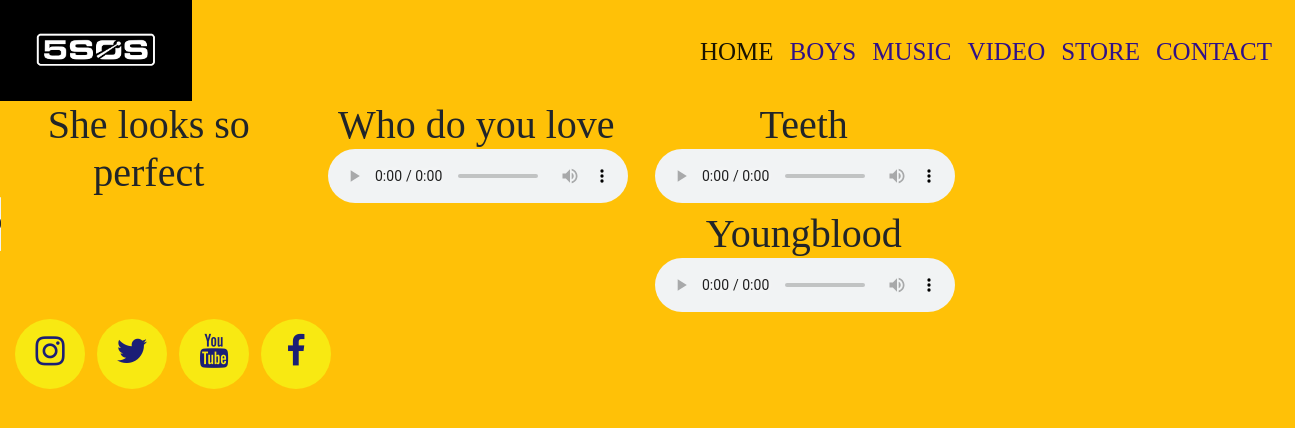
Repository: sun5lower/5SOS
Page: music.html
The author's editor kept a record of every edit. The page is drawn from the files as they stood at one moment, then again after the next edit.
The browser window is 1280 px wide. The page is 1295 px wide, so the pictures cover 1295 px, including what lies to the right of the window. The pictures show the whole page.

Above is the page before.

### music.html
<!DOCTYPE html>
<html lang="en">

<head>
    <meta charset="UTF-8">
    <meta name="viewport" content="width=device-width, initial-scale=1.0">
    <meta http-equiv="X-UA-Compatible" content="ie=edge">
    <link rel="stylesheet" href="https://stackpath.bootstrapcdn.com/bootstrap/4.3.1/css/bootstrap.min.css" type="text/css" />
    <link rel="stylesheet" href="https://stackpath.bootstrapcdn.com/font-awesome/4.7.0/css/font-awesome.min.css" type="text/css" />
    <link rel="stylesheet" href="https://cdnjs.cloudflare.com/ajax/libs/hover.css/2.3.1/css/hover-min.css" type="text/css" />
    <link rel="stylesheet" href="assets/css/style.css" type="text/css" />
    <script src="https://ajax.googleapis.com/ajax/libs/jquery/3.4.1/jquery.min.js"></script>
    <script src="https://maxcdn.bootstrapcdn.com/bootstrap/3.4.0/js/bootstrap.min.js"></script>
    <title>5sos</title>

</head>

<body>

    <!--Navigation-->

    <header class="container-fluid">
        <div class="row no-gutters">
            <div class="col-6 col-md-6">
                <a href=index.html><img src="assets/images/brand5.png" class="navbar-brand"></a>
            </div>
            <nav class="col-4 col-md-6 navbar navbar-expand-md navbar-light bg-dark sticky-top expand-md">
                <button class="navbar-toggler ml-auto" type="button" data-toggle="collapse" data-target="#navbarNavDropdown" aria-controls="navbarNavDropdown" aria-expanded="false" aria-label="Toggle navigation">
                    <span class="navbar-toggler-icon"></span>
                </button>
                <div class="collapse navbar-collapse" id="navbarNavDropdown">
                    <ul class="navbar-nav ml-auto">
                        <li class="nav-item active">
                            <a href="index.html" class="nav-link">HOME</a>
                        </li>
                        <li class="nav-item">
                            <a class="nav-link" href="boys.html">BOYS</a>
                        </li>
                        <li class="nav-item">
                            <a class="nav-link" href="music.html">MUSIC</a>
                        </li>
                        <li class="nav-item">
                            <a class="nav-link" href="video.html">VIDEO</a>
                        </li>
                        <li class="nav-item">
                            <a class="nav-link" href="store.html">STORE</a>
                        </li>
                        <li class="nav-item">
                            <a class="nav-link" href="contact.html">CONTACT</a>
                        </li>

                    </ul>
                </div>
            </nav>
        </div>
    </header>


   <!--Audio files-->
   <section>
    <div class="container-fluid">
        <div class="row music">
        <div class="col-md-3 col-sm-12 ">
            <h1 class="title">She looks so perfect</h1>
    <audio controls>
        <source src="assets/she-looks-so-perfect.mp3" type="audio/ogg">
 </audio>
   </div>
   <div class="col-md-3 col-sm-12 ">
  <h1 class="title">Who do you love</h1>
  <audio controls>
        <h1 class="title">Youngblood</h1>
  <source src="assets/who-do-you-love.mp3" type="audio/ogg">

 </audio>
   </div>
   <div class="col-md-3 col-sm-12 ">
  <h1 class="title">Teeth</h1>
  <audio controls>
        <h1 class="title"> Youngblood</h1>
  <source src="assets/teeth.mp3" type="audio/ogg">
 </audio>
 <h1 class="title">Youngblood</h1>
    <audio controls>
        <source src="assets/youngblood.mp3" type="audio/ogg">
 </audio>



</section>



    <div class="col-sm-4">

        <ul class="list-inline social-links">
            <li class="list-inline-item">
                <a target="_blank" href="https://www.instagram.com/5sos/">
                            <i class="fa fa-instagram" aria-hidden="true"></i>
                            <span class="sr-only">Instagram</span>
                        </a>
            </li>


            <li class="list-inline-item">
                <a target="_blank" href="#">
                            <i class="fa fa-twitter" aria-hidden="true"></i>
                            <span class="sr-only">Twitter</span>
                        </a>
            </li>

            <li class="list-inline-item">
                <a target="_blank" href="https://www.youtube.com/channel/UC-vKwDHcbPLtjml81ohGRng">
                            <i class="fa fa-youtube" aria-hidden="true"></i>
                            <span class="sr-only">YouTube</span>
                        </a>
            </li>
            <li class="list-inline-item">
                <a target="_blank" href="https://www.facebook.com/176437022408772/photos/2660836317302151/">
                            <i class="fa fa-facebook" aria-hidden="true"></i>
                            <span class="sr-only">Facebook</span>
                        </a>
            </li>
        </ul>

    </div>
    </div>
    </div>
    </div>


</body>

</html>

### assets/css/style.css
@import url('https://fonts.googleapis.com/css?family=Indie+Flower: 100,200,300,400,500,600,700,800');

/*----------------------------------------------------------Colors */



.uppercase {
    color: #8B1616;
}

.h1.display-2 {
    padding: 0;
    color: #F6EF12;
}

h1,h2,h3,h4 {
    margin: 0;
    text-align: center;
}

h3 {
   color: #F4570B;
   float: left;
}

body {
   background-color: #ffc107;
   font-family: Permanent marker;

}
.display-4 {
    color: #000000;
    text-transform: uppercase;
    font-family: Permanent marker;
    text-align: center;
}


.bg-dark {
    background-color: #ffc107!important;
}

.container-fluid {
    padding :0;
    margin: 0;
}

div.container-fluid.card {
    padding: 0;
    margin: 0;
}


/*----------------------------------------------------------Navbar  */

img.navbar-brand {
    padding: 0;
}

.a {
    font-size: 45px;
    color: #F4570B;
    text-decoration: none;
}



.navbar-brand {
   padding:  20;
   margin: 0;
   max-width: 30%;
   background-size: auto;
  background-position: center;
}

.navbar-light .navbar-nav .nav-link {
    color: #301188;
    font-family: Permanent Marker;
    font-size:25px;
}

.nav-item {
    height: 75px;
    text-align: center;
    padding: 0;
}

a.nav-link {
    font-weight: 500;
    color: #F6EF12;
    padding: 20px;
}


/* ---------------------------------------------------Hover.css */





/* ---------------------------------------------------Carousel */

.carousel-inner img {
    width: 100%;
    height: 100%;
}
#myCarousel {
    margin:0;
    padding: 0;
}
.carousel-item {
    position: relative;
    margin-right: -100%;
    width: 100%;
}

  /* ---------------------------------------------------Boys page */

img.card-img-top {
    background-color: #ffc107;
    size: auto;
    margin-top: 0;

}

.card {
    background-color: #ffc107;
    border-color: transparent;
    text-transform: capitalize;
    font-size: 28px;
    color: #1B1E76;

}

h4.card.title {
    font: bold;
    }

p.card-text {
    font-size: 20px;
}



/* ---------------------------------------------------Jumbotron */

.row.jumbotron {
    text-transform: capitalize;
    font-size: 25px;
    color: #1B1E76;
    background-color: #ffc107;
    font-family: cute font;
    text-align: center;
    margin-left: 40px;
    position: relative;
}


/* ---------------------------------------------------Footer */




 .social-links li a i {
    width: 70px;
    height: 70px;
    padding: 30px 0;
    border-radius: 100%;
    font-size: 34px;
    line-height: 4px;
    text-align: center;
    color: #1B1E76;
    background: #F8E912;
    transition:  0.35s ease-in-out;
    -moz-transition: all 0.35s ease-in-out;
    -webkit-transition: all 0.35s ease-in-out;
    -o-transition: all 0.35s ease-in-out;
}

.social-links li a i:hover {
    background: #C0C0C0;

}
.social {
    padding-bottom: 40px;
    padding-top: 45px;
}

/* ---------------------------------------------------Video */




.videoFrame {
  width:100%;
}

.videoFrame iframe{
   margin: 0 auto;
   display: block;
   width: 560px;
}
/* ---------------------------------------------------Audio */

.audio-file {
    text-align: center;
    margin: auto;
    color: #1B1E76;
}

.audio {
   filter: sepia(20%) saturate(70%) grayscale(1) contrast(99%) invert(12%);

}

body
* {box-sizing: border-box;}

input[type=text], select, textarea {
  width: 100%;
  padding: 12px;
  border: 1px solid #ccc;
  border-radius: 4px;
  box-sizing: border-box;
  margin-top: 6px;
  margin-bottom: 16px;
  resize: vertical;
}

input[type=submit] {
  background-color:  #ffc107;
  color: white;
  padding: 12px 20px;
  border: none;
  border-radius: 4px;
  cursor: pointer;
}

input[type=submit]:hover {
  background-color: #45a049;
}

.container {
  border-radius: 5px;
  background-color:  #ffc107;
  padding: 0;
}

After the next edit:
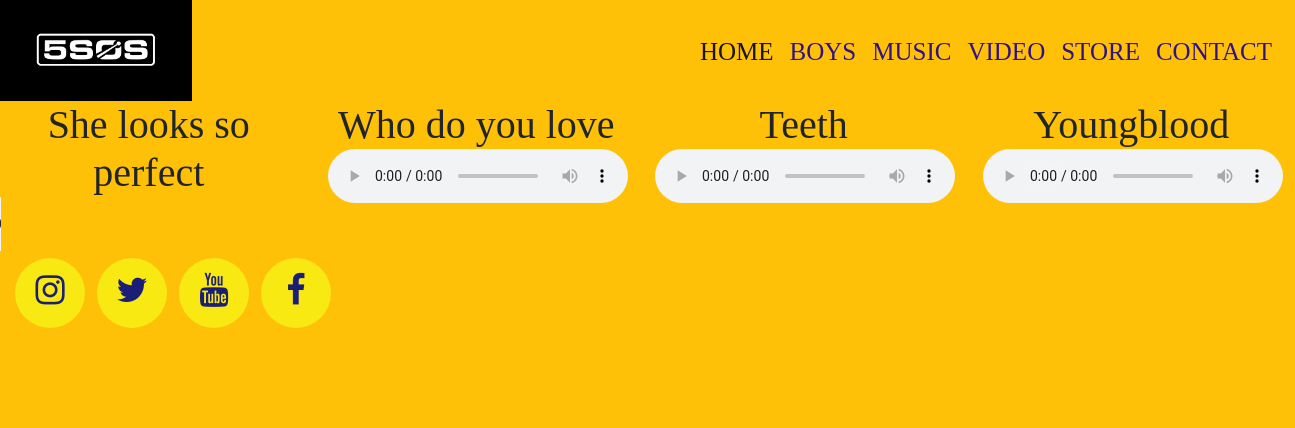
The edit:
--- a/music.html
+++ b/music.html
@@ -80,6 +80,8 @@
         <h1 class="title"> Youngblood</h1>
   <source src="assets/teeth.mp3" type="audio/ogg">
  </audio>
+ </div>
+ <div class="col-md-3 col-sm-12 ">
  <h1 class="title">Youngblood</h1>
     <audio controls>
         <source src="assets/youngblood.mp3" type="audio/ogg">
